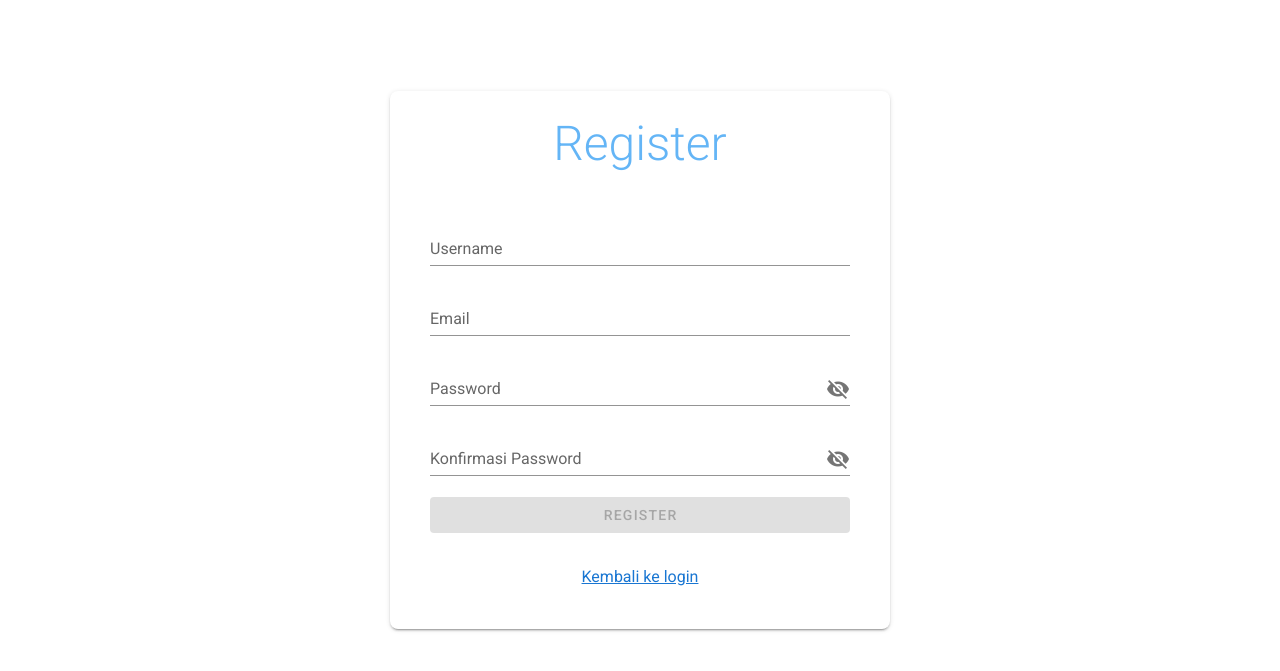
Repository: wildanpurnomo/kulia-fe
Page: /register
The author's editor kept a copy of each file at every save. The page is drawn from the files as they stood at one save, then again after the next save.
The browser window is 1280 px wide. The pictures show the whole page.
The page's requests for data from a server got no answer. The project was rebuilt for these pictures with package versions that can differ from the ones it lists, and the page was loaded fresh each time. No one was signed in, and anything a server would have sent is missing. Also part of the build but not shown: vue.config.js. Imported but missing from the stored project, and not drawn on this page: src/views/partials/main/MyProfile.vue.

Above is the page before, as saved 2020-11-27 22:33:19.

### src/router/index.js
import Vue from 'vue'
import VueRouter from 'vue-router'
import { landingRouter } from './landing.router'
import { authRouter } from './auth.router'
import { mainRouter } from './main.router'
import { fallbackRouter } from './404.router'

Vue.use(VueRouter)

const routes = [
  landingRouter,
  authRouter,
  mainRouter,
  fallbackRouter
]

const router = new VueRouter({
  mode: 'history',
  base: process.env.BASE_URL,
  routes
})

export default router

### src/store/index.js
import Vue from 'vue'
import Vuex from 'vuex'
import { auth } from './auth.store'
import { content } from './content.store'

Vue.use(Vuex)

export default new Vuex.Store({
  modules: {
    auth,
    content,
  }
})

### src/router/landing.router.js
export const landingRouter = {
    path: '/',
    name: 'Landing',
    component: () => import('@/views/Landing.vue')
}

### src/router/auth.router.js
export const authRouter = {
    path: '',
    component: () => import('@/views/Auth.vue'),
    children: [
        {
            path: '/login',
            name: 'Login',
            component: () => import('@/views/partials/auth/Login.vue')
        },
        {
            path: '/register',
            name: 'Register',
            component: () => import('@/views/partials/auth/Register.vue')
        }
    ]
}

### src/router/main.router.js
export const mainRouter = {
    path: '',
    component: () => import('@/views/Main.vue'),
    children:[
        {
            path: '/home',
            name: 'Home',
            component: () => import('@/views/partials/main/Home.vue')
        },
        {
            path:'/my-content',
            name: 'MyContent',
            component: () => import('@/views/partials/main/MyContent.vue')
        },
        {
            path:'/add-content',
            name: 'AddContent',
            component: () => import('@/views/partials/main/AddContent.vue')
        },
        {
            path:'/edit-content/:contentId',
            name: 'EditContent',
            component: () => import('@/views/partials/main/AddContent.vue')
        },
        {
            path:'/my-profile',
            name: 'MyProfile',
            component: () => import('@/views/partials/main/MyProfile.vue')
        },
        {
            path:'/my-following',
            name: 'MyFollowing',
            component: () => import('@/views/partials/main/MyFollowing.vue')
        }
    ]
}

### src/router/404.router.js
export const fallbackRouter = {
    path: '*',
    name: 'Fallback',
    component: () => import('@/views/404.vue')
}

### src/store/auth.store.js
import AuthService from '@/services/auth.service';
import UserModel from '@/models/user.model';

const initialAuthState = { userData: new UserModel() };

export const auth = {
    namespaced: true,
    state: initialAuthState,
    actions: {
        login({ commit }, userData) {
            return AuthService.login(userData)
                .then(
                    response => {
                        commit('authSuccess', response.data.data);
                        return Promise.resolve(response);
                    },
                    error => {
                        return Promise.reject(error);
                    }
                )
        },
        register({ commit }, userData) {
            return AuthService.register(userData)
                .then(
                    response => {
                        commit('authSuccess', response.data.data);
                        return Promise.resolve(response);
                    },
                    error => {
                        return Promise.reject(error);
                    }
                )
        },
        logout({ commit }) {
            return AuthService.logout()
                .then(
                    response => {
                        commit('logoutSuccess');
                        return Promise.resolve(response);
                    },
                    error => {
                        return Promise.reject(error);
                    }
                );
        },
        authenticate({ commit }) {
            return AuthService.authenticate()
                .then(
                    response => {
                        commit('authSuccess', response.data.data);
                        return Promise.resolve(response);
                    },
                    error => { return Promise.reject(error); }
                )
        },
    },
    mutations: {
        authSuccess(state, userData) {
            state.userData = userData;
        },
        logoutSuccess(state) {
            state.userData = initialAuthState.userData;
        },
    },
    getters: {
        userData: (state) => {
            return state.userData;
        }
    }
}

### src/store/content.store.js
import ContentService from '@/services/content.service';
import ContentModel from '@/models/content.model';

const initialContentState = {
    personalContentList: [],
    detailContent: new ContentModel()
};

export const content = {
    namespaced: true,
    state: initialContentState,
    actions: {
        getContentById({ commit }, contentId) {
            return ContentService.getContentById(contentId)
                .then(
                    response => {
                        commit('updateDetailContent', response.data.data);
                        return Promise.resolve(response);
                    },
                    error => {
                        return Promise.reject(error);
                    }
                )
        },
        getPersonalContent({ commit }) {
            return ContentService.getPersonalContent()
                .then(
                    response => {
                        commit('updatePersonalContentList', response.data.data);
                        return Promise.resolve(response);
                    },
                    error => {
                        return Promise.reject(error);
                    }
                );
        },
        getContentByCreatorId({ commit }, creatorId) {
            return ContentService.getContentByCreatorId(creatorId)
                .then(
                    response => {
                        commit('doNothing');
                        return Promise.resolve(response);
                    },
                    error => {
                        return Promise.reject(error);
                    }
                );
        },
        createContent({ commit }, contentData) {
            return ContentService.createContent(contentData)
                .then(
                    response => {
                        commit('updatePersonalContentList', response.data.data);
                        return Promise.resolve(response);
                    },
                    error => {
                        return Promise.reject(error);
                    }
                );
        },
        editContent({ commit }, contentData) {
            return ContentService.editContent(contentData)
                .then(
                    response => {
                        commit('updatePersonalContentList', response.data.data);
                        return Promise.resolve(response);
                    },
                    error => {
                        return Promise.reject(error);
                    }
                );
        },
        deleteContent({ commit }, contentId) {
            return ContentService.deleteContent(contentId)
                .then(
                    response => {
                        commit('updatePersonalContentList', response.data.data);
                        return Promise.resolve(response);
                    },
                    error => {
                        return Promise.reject(error);
                    }
                );
        },
        resetState({ commit }) {
            commit('resetState');
        }
    },
    mutations: {
        updateDetailContent(state, contentData) {
            state.detailContent = contentData;
        },
        updatePersonalContentList(state, contentList) {
            state.personalContentList = contentList;
        },
        resetState(state) {
            state.personalContentList = [],
            state.detailContent = new ContentModel()
        },
        doNothing() { }
    },
    getters: {
        personalContentList: (state) => {
            return state.personalContentList;
        },
        detailContent: (state) => {
            return state.detailContent;
        }
    }
}

### src/views/Auth.vue
<template>
  <router-view></router-view>
</template>
<script>
export default {
  name: "Auth",
  methods: {
    async authenticate() {
      try {
        let response = await this.$store.dispatch("auth/authenticate");
        if (response.status === 200) {
          this.$router.push({ name: "Home" });
        }
      } catch (error) {
        this.logout();
      }
    },
    async logout() {
      await this.$store.dispatch("auth/logout");
    },
  },
  created() {
    this.authenticate();
  },
};
</script>

### src/views/partials/auth/Register.vue
<template>
  <v-container fill-height>
    <v-row>
      <v-col cols="12">
        <v-row justify="center">
          <v-card class="pa-10 rounded-lg" width="500" :color="colorTheme">
            <v-row justify="center">
              <div
                class="mb-15 text-h3 font-weight-light blue--text text--lighten-2"
              >
                Register
              </div>
            </v-row>
            <v-form ref="registerForm" v-model="isFormValid">
              <v-text-field
                v-model="user.username"
                :rules="this.usernameRules"
                label="Username"
                type="text"
                required
              ></v-text-field>
              <v-text-field
                v-model="user.email"
                :rules="this.emailRules"
                label="Email"
                type="email"
                required
              ></v-text-field>
              <v-text-field
                v-model="user.password"
                :rules="this.passwordRules"
                label="Password"
                :append-icon="isPasswordShown ? 'mdi-eye' : 'mdi-eye-off'"
                :type="isPasswordShown ? 'text' : 'password'"
                @click:append="isPasswordShown = !isPasswordShown"
                required
              ></v-text-field>
              <v-text-field
                v-model="user.passwordConfirmation"
                label="Konfirmasi Password"
                :append-icon="isPasswordShown ? 'mdi-eye' : 'mdi-eye-off'"
                :type="isPasswordShown ? 'text' : 'password'"
                required
                :rules="passwordConfirmationRules"
                @click:append="isPasswordShown = !isPasswordShown"
              ></v-text-field>
              <div class="text-center mb-8">
                <v-btn
                  type="submit"
                  class="primary"
                  width="100%"
                  :disabled="!isFormValid || isFormLoading"
                  :loading="isFormLoading"
                  @click.prevent="register"
                  >Register</v-btn
                >
              </div>
              <div class="text-center">
                <router-link :to="{ name: 'Login' }"
                  >Kembali ke login</router-link
                >
              </div>
              <div class="h6 red--text" :hidden="errorMessage.length === 0">
                {{ errorMessage }}
              </div>
            </v-form>
          </v-card>
        </v-row>
      </v-col>
    </v-row>
  </v-container>
</template>
<script>
import formInputMixin from "@/mixins/form.mixin";
import errorMixin from "@/mixins/error.mixin";
import UserModel from "@/models/user.model";

export default {
  name: "Register",
  data: () => ({
    user: new UserModel(),
    errorMessage: "",
    passwordConfirmation: "",
    isPasswordShown: false,
  }),
  computed: {
    passwordConfirmationRules() {
      return [
        (v) =>
          (!!v && v) === this.user.password || "Masukkan password yang sama.",
      ];
    },
  },
  methods: {
    async register() {
      this.isFormLoading = true;
      try {
        let response = await this.$store.dispatch("auth/register", this.user);
        if (response.status === 200) {
          this.isFormLoading = false;
          this.errorMessage = "";
          this.$router.push({ name: "Home" });
        }
      } catch (error) {
        this.isFormLoading = false;
        this.errorMessage = this.getErrorMessage(error);
      }
    },
  },
  mixins: [formInputMixin, errorMixin],
};
</script>

### src/services/auth.service.js
import BaseService from './base.service';

class AuthService extends BaseService {
    constructor() {
        super();
    }

    login(userData) {
        return this.sendAPIRequest('/auth/login', 'POST', userData);
    }

    register(userData) {
        return this.sendAPIRequest('/auth/register', 'POST', userData);
    }

    logout() {
        return this.sendAPIRequest('/auth/logout', 'POST');
    }

    authenticate() {
        return this.sendAPIRequest('/auth/authenticate', 'GET');
    }
}

export default new AuthService();

### src/models/user.model.js
export default class User {
    constructor() {
        this.username = '';
        this.password = '';
        this.passwordConfirmation = '';
        this.email = '';
    }
}

### src/services/content.service.js
import BaseService from './base.service';

class ContentService extends BaseService {
    constructor() {
        super();
    }

    getContentById(contentId) {
        return this.sendAPIRequest(`/content/${contentId}`, 'GET');
    }

    getPersonalContent() {
        return this.sendAPIRequest('/content/personal/me', 'GET');
    }

    getContentByCreatorId(creatorId) {
        return this.sendAPIRequest(`/content/by_creator/${creatorId}`, 'GET');
    }

    createContent(contentData) {
        return this.sendAPIRequest('/content', 'POST', contentData);
    }

    editContent(contentData) {
        return this.sendAPIRequest(`/content/edit/${contentData._id}`, 'PUT', contentData);
    }

    deleteContent(contentId) {
        return this.sendAPIRequest(`/content/delete/${contentId}`, 'DELETE');
    }
}

export default new ContentService();

### src/models/content.model.js
export default class ContentModel {
    constructor(title = '', description = '') {
        this.title = title;
        this.description = description;
    }
}

### src/mixins/form.mixin.js
export default {
    data: () => ({
        usernameRules: [
            v => !!v || "Mohon masukkan username",
            v => (v || "").length >= 6 || "Minimal 6 karakter"
        ],
        emailRules: [
            v => !!v || "Mohon masukkan email",
            v => /.+@.+/.test(v) || "Alamat email tidak valid",
        ],
        passwordRules: [
            v => (v || "").length >= 8 || "Minimal 8 karakter",
            v =>
                /(?=.*[a-z])/.test(v) || "Harus terdapat minimal satu huruf kecil",
            v =>
                /(?=.*[A-Z])/.test(v) || "Harus terdapat minimal satu huruf besar",
            v =>
                /(?=.*[0-9])/.test(v) || "Harus terdapat minimal satu digit angka"
        ],
        isFormValid: false,
        isFormLoading: false,
    })
}

### src/mixins/error.mixin.js
export default {
    methods: {
        getErrorMessage(error) {
            if (error.response) {
                return error.response.data.data.message;
            } else {
                return "Terjadi kesalahan. Silahkan coba ulang lain kali.";
            }
        }
    }
}

### src/services/base.service.js
import axios from 'axios';

export default class BaseService {
    constructor() {
        this.baseUrl = process.env.VUE_APP_API_BASE_URL;
        //this.baseUrl = 'http://localhost:3000/api';
    }

    sendAPIRequest(endpoint, method = 'GET', requestBody = null) {
        requestBody = requestBody === null ? {} : requestBody;
        let result;
        if (method === 'GET') {
            result = axios.get(`${this.baseUrl}${endpoint}`, { params: requestBody });
        } else if (method === 'POST') {
            result = axios.post(`${this.baseUrl}${endpoint}`, requestBody);
        } else if (method === 'PUT') {
            result = axios.put(`${this.baseUrl}${endpoint}`, requestBody);
        } else if (method === 'DELETE') {
            result = axios.delete(`${this.baseUrl}${endpoint}`, requestBody);
        }
        return result
            .then(
                response => {
                    this.logResponseIfDebug(endpoint, response.data);
                    return response;
                }
            );
    }

    logResponseIfDebug(endpoint, responseData) {
        if (process.env.NODE_ENV === 'development') {
            console.log(`Response from ${endpoint}`, responseData);
        }
    }
}

Loaded but not shown: public/index.html (common file); src/main.js (common file); src/App.vue (common file); src/registerServiceWorker.js (common file); src/plugins/vuetify.js (common file)

After the next save:
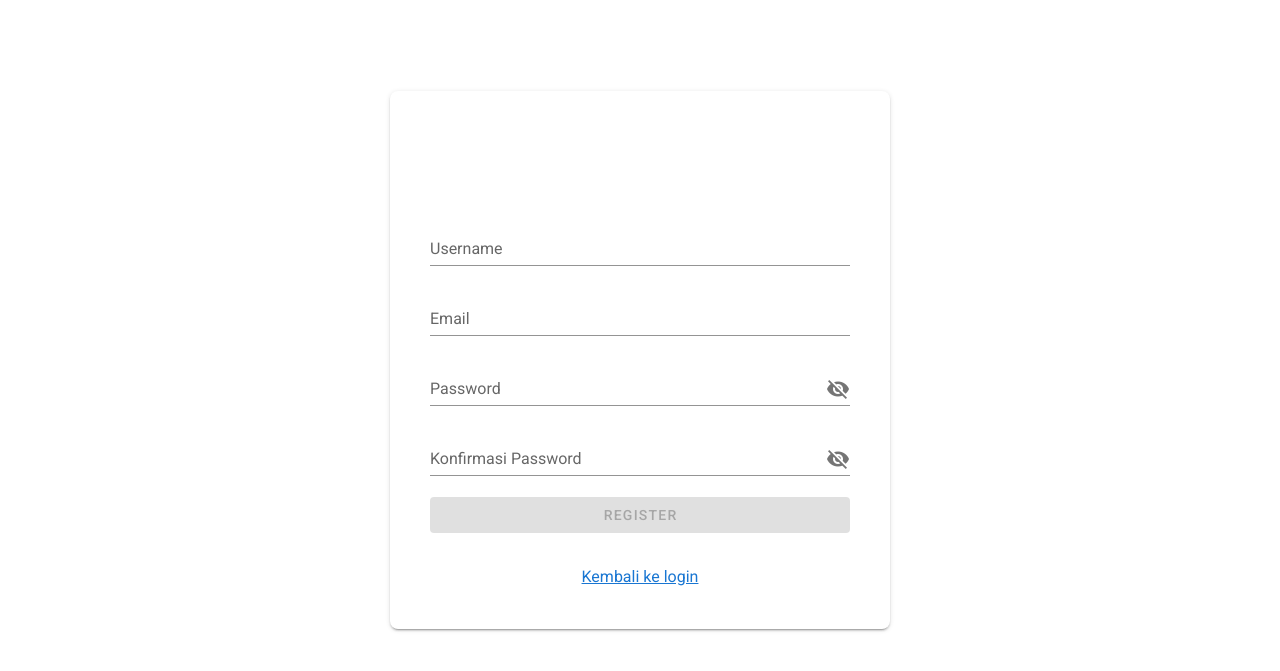
Saved 12 s later.
--- a/src/views/partials/auth/Register.vue
+++ b/src/views/partials/auth/Register.vue
@@ -6,7 +6,7 @@
           <v-card class="pa-10 rounded-lg" width="500" :color="colorTheme">
             <v-row justify="center">
               <div
-                class="mb-15 text-h3 font-weight-light blue--text text--lighten-2"
+                class="mb-15 text-h3 white--text text--lighten-2"
               >
                 Register
               </div>
